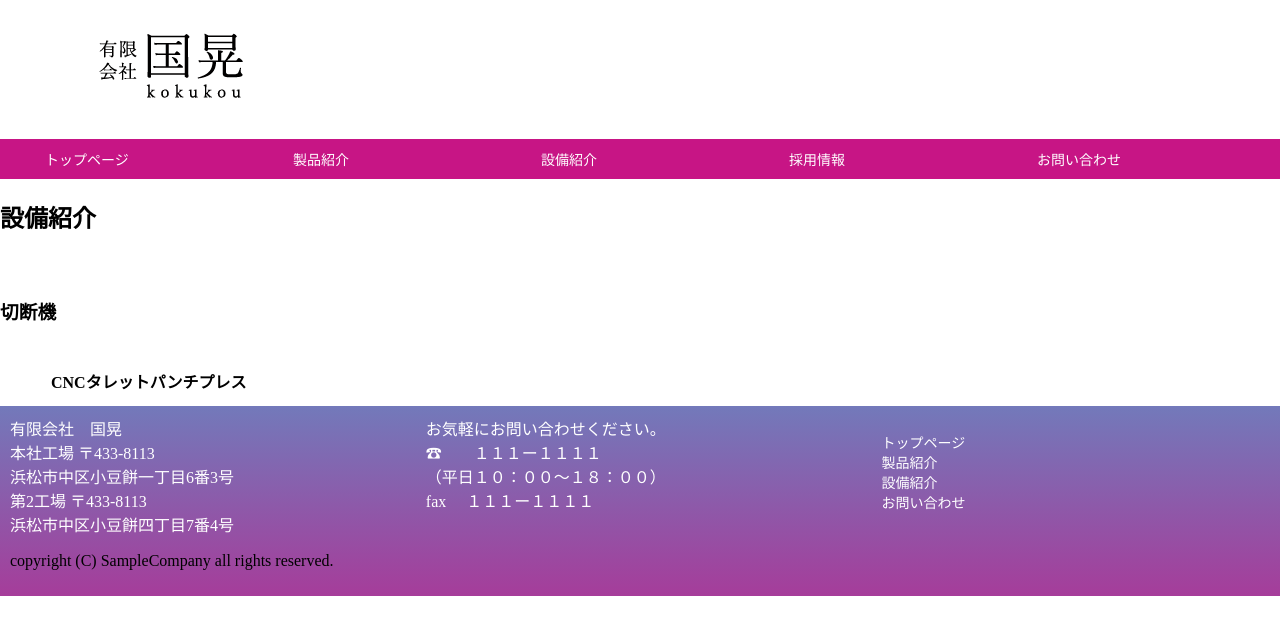
Repository: shuntanambu3/kokukou
Page: equipment.html
The author's editor kept a record of every edit. The page is drawn from the files as they stood at one moment, then again after the next edit.
The browser window is 1280 px wide. The pictures show the whole page.

Above is the page before.

After the next edit:
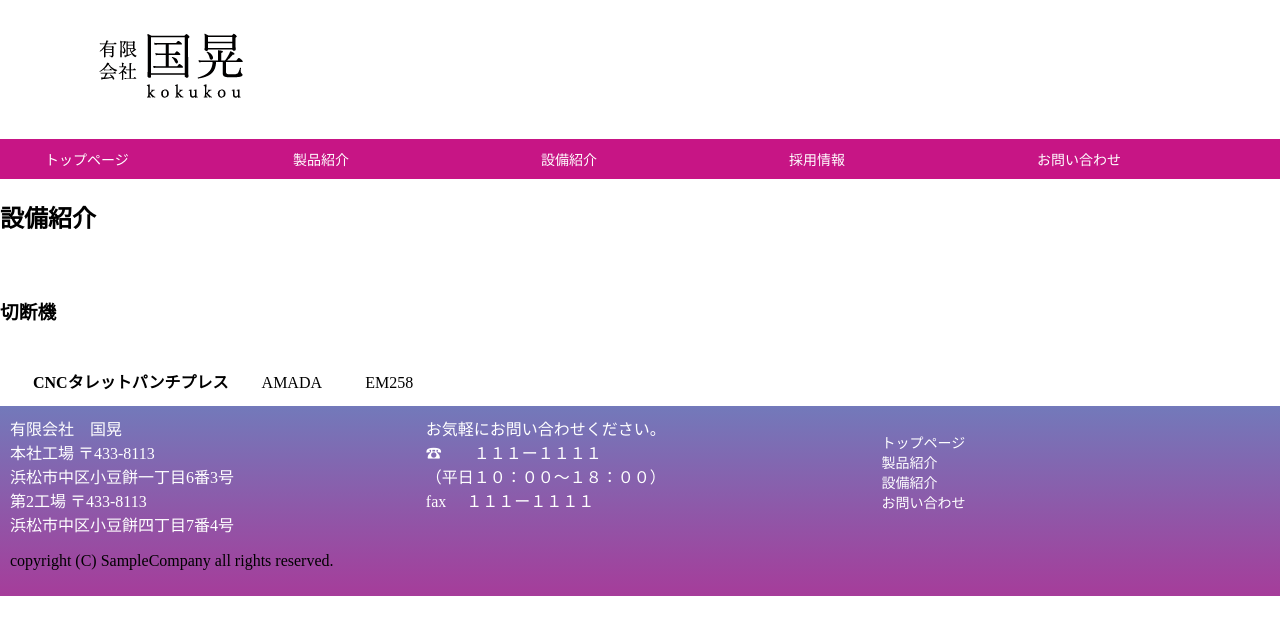
The edit:
--- a/equipment.html
+++ b/equipment.html
@@ -39,6 +39,12 @@
     　　    <tr>
     　      <th>
     　         CNCタレットパンチプレス
+    　      </th>
+    　      <td>
+    　          AMADA
+    　      </td>
+    　      <td>
+    　          EM258
     　      </td>
     　　    </tr>
     　　</table>
